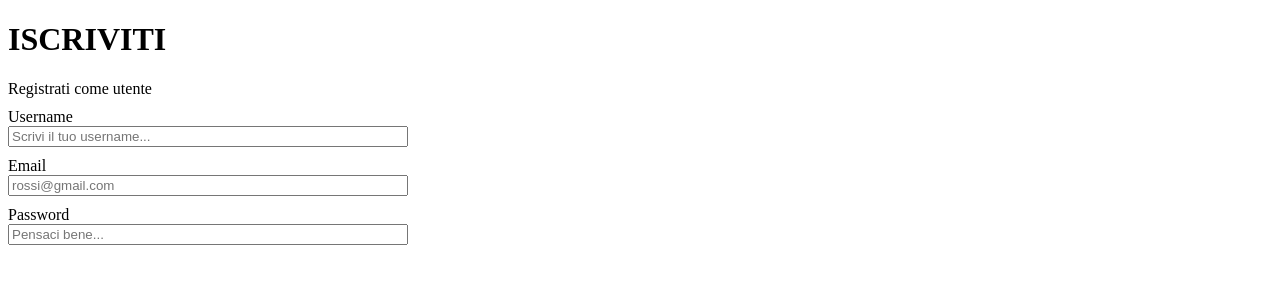
Repository: CryptoFamilyNFT/develhope
Page: html/form.html
An editor plug-in stored every save of this project. The page is shown before and after the next save, followed by the edit.
The browser window is 1280 px wide. The pictures show the whole page.

Above is the page before, as saved 2024-11-06 15:54:21.

After the next save:
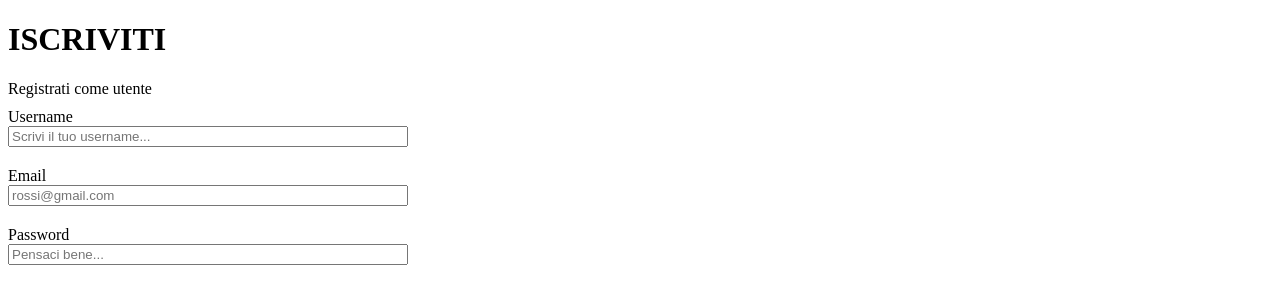
Saved 14 s later.
--- a/html/form.html
+++ b/html/form.html
@@ -12,7 +12,7 @@
     .container {
       display: flex;
       flex-direction: column;
-      gap: 10px;
+      gap: 20px;
       padding-top: 10px;
     }
 
